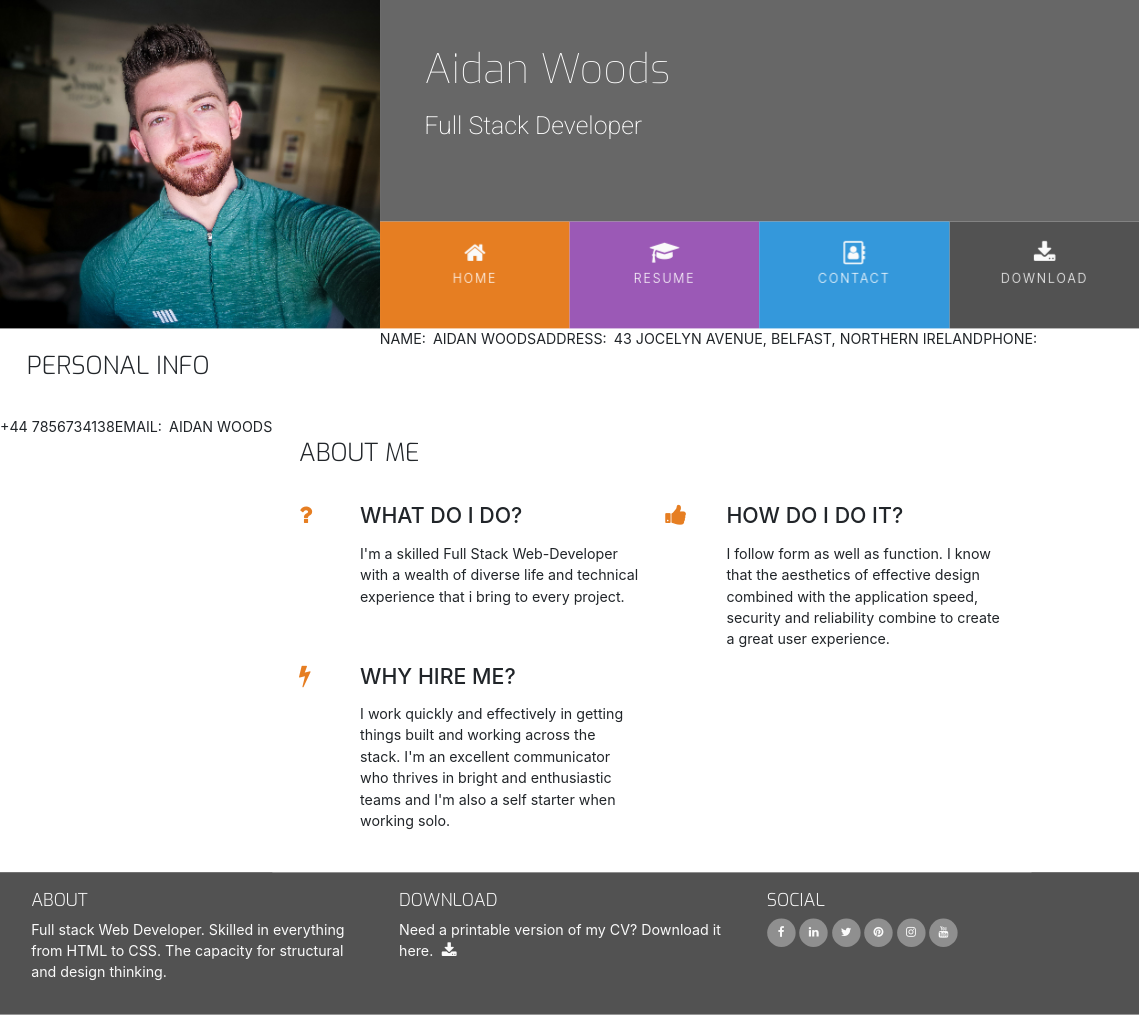
Repository: woodsyboi/Resume
Page: index.html
The author's editor kept a record of every edit. The page is drawn from the files as they stood at one moment, then again after the next edit.
The browser window is 1280 px wide. The pictures show the whole page, at 89% of full size.

Above is the page before.

After the next edit:
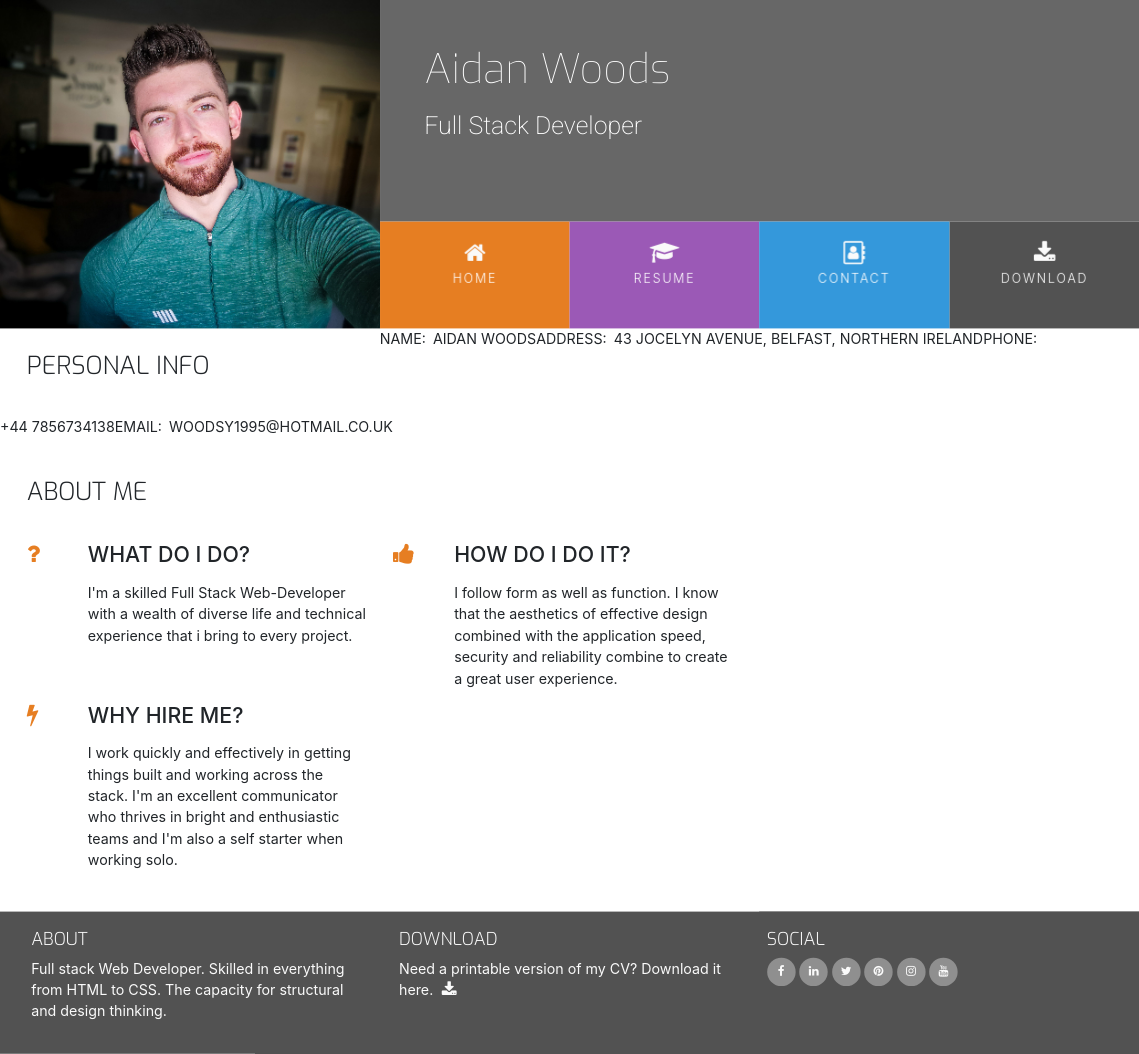
The edit:
--- a/index.html
+++ b/index.html
@@ -113,7 +113,7 @@
             </div>
             <div class="value">
                 <p class="uppercase">
-                    Aidan Woods
+                     woodsy1995@hotmail.co.uk
                 </p>
             </div>
             <div class="col-md-8 bg-color-three-reasons section-column">
